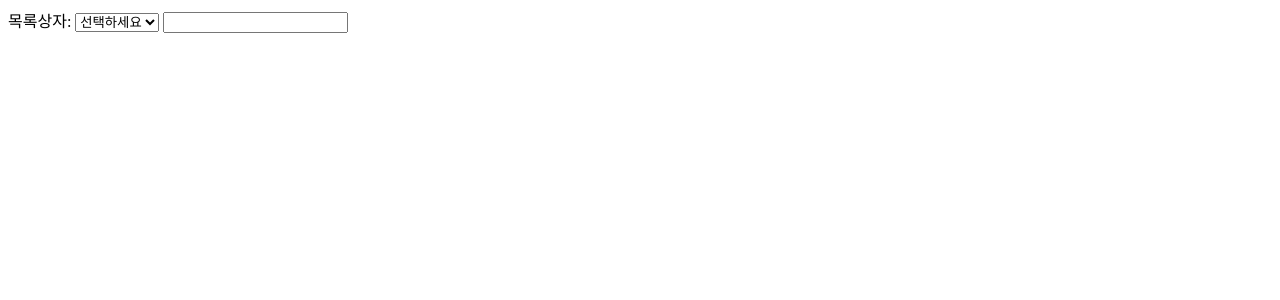
Repository: hololog/workspace_jsp1
Page: JspStudy/src/main/webapp/js1/test16.html
An editor plug-in stored every save of this project. The page is shown before and after the next save, followed by the edit.
The browser window is 1280 px wide. The pictures show the whole page.

Above is the page before, as saved 2021-12-14 08:13:57.

After the next save:
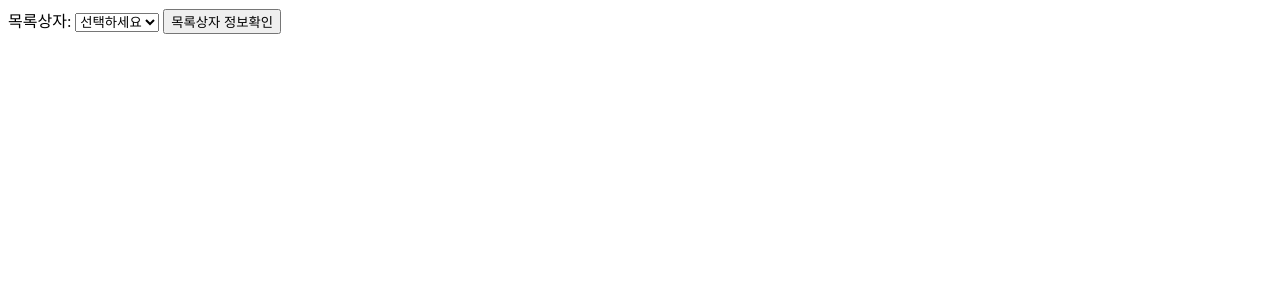
Saved 37 s later.
--- a/JspStudy/src/main/webapp/js1/test16.html
+++ b/JspStudy/src/main/webapp/js1/test16.html
@@ -37,7 +37,7 @@
  			<option value="2">목록2</option>
  			<option value="3">목록3</option>
  		   </select>
- 		   <input >
+ 		   <input type="button" value="목록상자 정보확인" onclick="f1()">
  </form>
 </body>
 </html>
